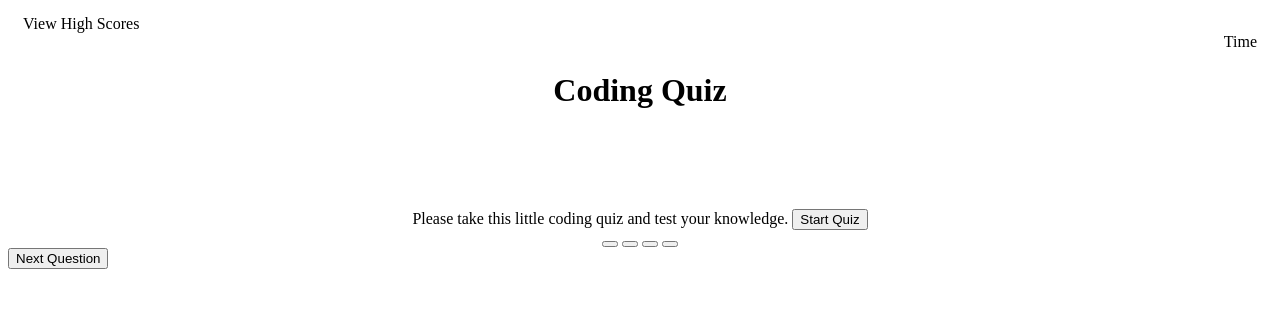
Repository: Naomilounsbury/code-quiz
Page: index.html
An editor plug-in stored every save of this project. The page is shown before and after the next save, followed by the edit.
The browser window is 1280 px wide. The pictures show the whole page.
After loading, the first visible `button` was clicked once.

Above is the page before, as saved 2021-11-27 16:58:16.
Console error: ReferenceError: Invalid left-hand side in assignment

After the next save:
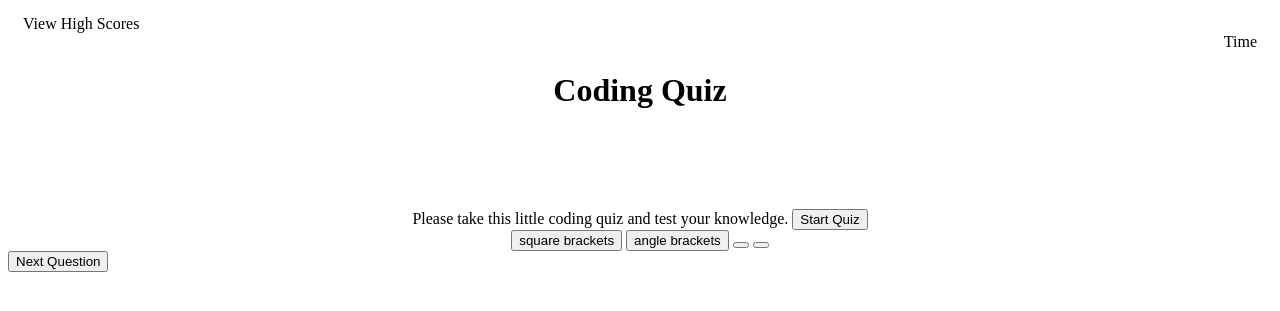
Saved 115 s later.
--- a/assets/js/script.js
+++ b/assets/js/script.js
@@ -8,8 +8,8 @@
     //document.getElementById("question").innerText = currentQuestion.question
 
     //I dont know why these arent working and I'm crying
-    document.getElementById("animal").value = currentQuestion.a
-    document.getElementById("b").value = currentQuestion.b
+    document.getElementById("animal").textContent = currentQuestion.a
+    document.getElementById("b").textContent = currentQuestion.b
     document.getElementById("c") = currentQuestion.c
     document.getElementById("d") = currentQuestion.d
 //create a separate onclick that changes the current question to something else

After the 2 saves that followed:
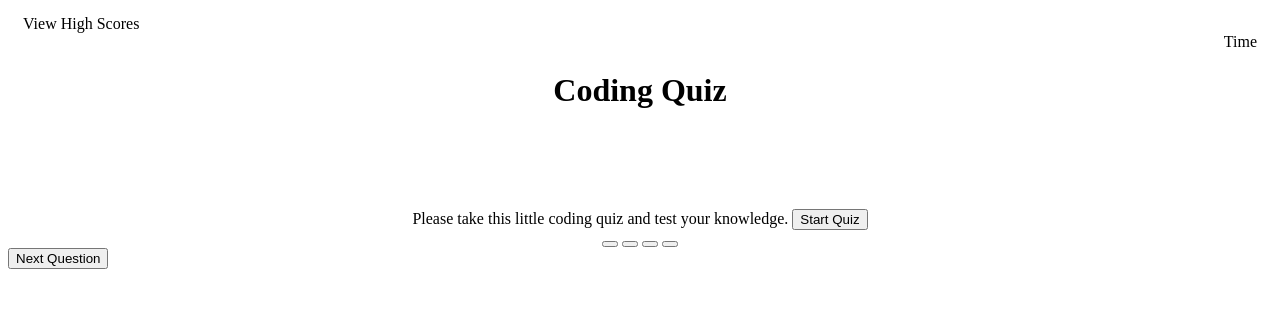
Console error: TypeError: Cannot set properties of null (setting 'textContent')
The 2 saves are shown as one change because 1 left the picture as it was.
The last was saved 83 s later.
--- a/assets/js/script.js
+++ b/assets/js/script.js
@@ -8,10 +8,10 @@
     //document.getElementById("question").innerText = currentQuestion.question
 
     //I dont know why these arent working and I'm crying
-    document.getElementById("animal").textContent = currentQuestion.a
+    document.getElementById("a").textContent = currentQuestion.a
     document.getElementById("b").textContent = currentQuestion.b
-    document.getElementById("c") = currentQuestion.c
-    document.getElementById("d") = currentQuestion.d
+    document.getElementById("c").textContext = currentQuestion.c
+    document.getElementById("d").textContext = currentQuestion.d
 //create a separate onclick that changes the current question to something else
 //create a next question button that will go on to the next question and save your answer
    console.log("hello")
